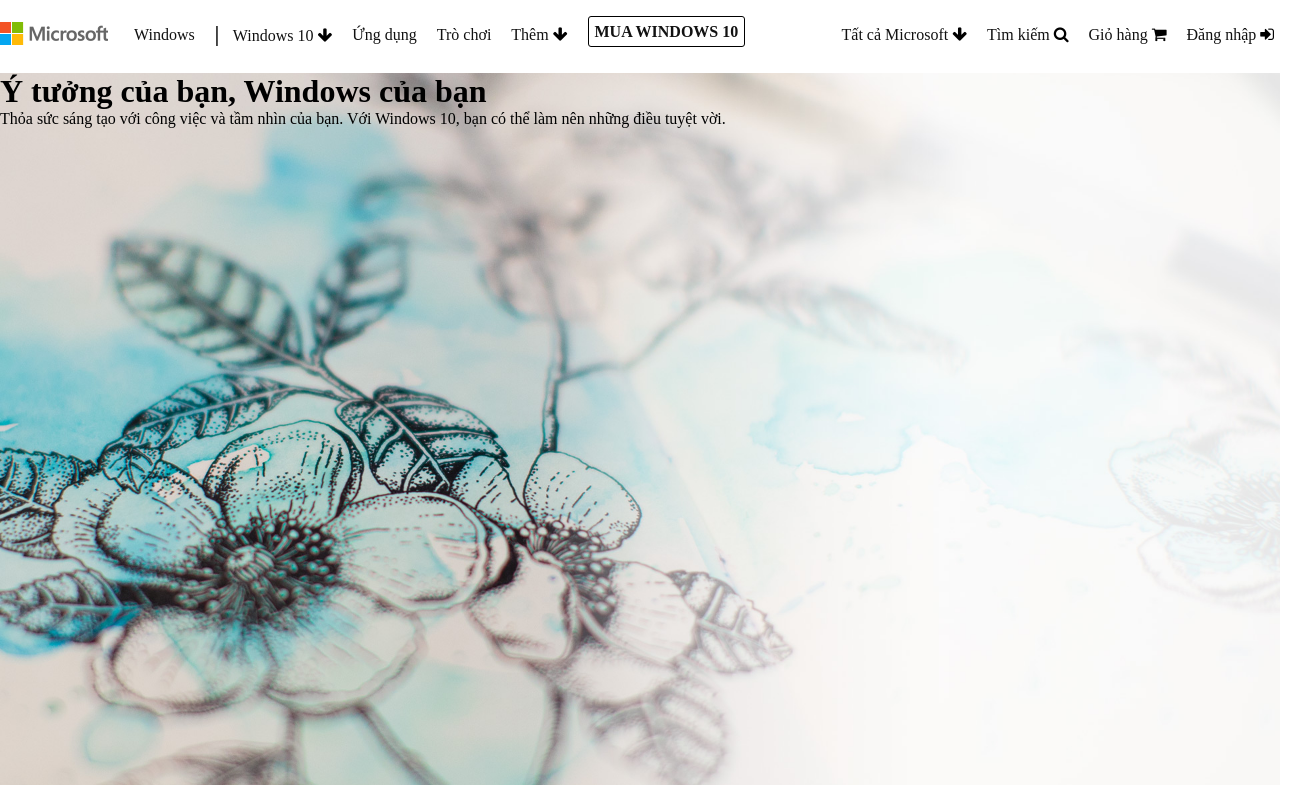
Repository: hoangphuong965/clone-Microsoft---practice
Page: index.html
An editor plug-in stored every save of this project. The page is shown before and after a run of saves, followed by the edit.
The browser window is 1280 px wide. The page is 1300 px wide, so the pictures cover 1300 px, including what lies to the right of the window. The pictures show the whole page.

Above is the page before, as saved 2020-06-08 21:59:39.

### index.html
<!DOCTYPE html>
<html lang="en">

<head>
    <meta charset="UTF-8">
    <meta name="viewport" content="width=device-width, initial-scale=1.0">
    <link rel="stylesheet" href="https://maxcdn.bootstrapcdn.com/font-awesome/4.7.0/css/font-awesome.min.css">
    <link rel="stylesheet" href="style.css">
    <title>Khám phá HĐH Windows 10 | Microsoft</title>
</head>

<body>
    <!-- <div class="menu-btn">
        <i class="fa fa-bars" aria-hidden="true"></i>
    </div> -->
    <div class="container">
        <nav class="navigation">
            <div class="navigation-left">
                <ul>
                    <div class="logo">
                        <img src="img/logo.png" alt="">
                    </div>
                    <div class="navigation-left-item">
                        <li><a href="">Windows</a></li>
                        <li class="win10">
                            <a href="">Windows 10</a>
                            <i class="fa fa-arrow-down" aria-hidden="true"></i>
                        </li>
                        <li><a href="">Ứng dụng</a></li>
                        <li><a href="">Trò chơi</a></li>
                        <li>
                            <a href="">Thêm</a>
                            <i class="fa fa-arrow-down" aria-hidden="true"></i>
                        </li>
                        <li class="buy">
                            <a href="" id="buy-win">MUA WINDOWS 10</a>
                        </li>
                    </div>
                </ul>
            </div>
            <div class="navigation-right">
                <ul>
                    <div class="navigation-right-item">
                        <li>
                            <a href="">Tất cả Microsoft</a>
                            <i class="fa fa-arrow-down" aria-hidden="true"></i>
                        </li>
                        <li>
                            <a href="">Tìm kiếm</a>
                            <i class="fa fa-search" aria-hidden="true"></i>
                        </li>
                        <li>
                            <a href="">Giỏ hàng</a>
                            <i class="fa fa-shopping-cart" aria-hidden="true"></i>
                        </li>
                        <li>
                            <a href="">Đăng nhập</a>
                            <i class="fa fa-sign-in" aria-hidden="true"></i>
                        </li>
                    </div>
                </ul>
            </div>
        </nav>

        <!-- Showcase -->
        <header class="showcase">
            <div class="showcase-text">
                <h1>Ý tưởng của bạn, Windows của bạn</h1>
                <p>Thỏa sức sáng tạo với công việc và tầm nhìn của bạn. Với Windows 10, bạn có thể làm nên những điều tuyệt vời.</p>
            </div>
        </header>
    </>

</body>

</html>

### style.css
* {
  margin: 0;
  padding: 0;
  box-sizing: border-box;
}

.container {
  margin: auto;
}

a {
  text-decoration: none;
  color: #111111;
  padding-bottom: 2px;
}
a:hover {
  border-bottom: 2px solid black;
}
/* navigation */
.navigation {
  display: flex;
  justify-content: space-between;
  margin: auto;
  width: 1300px;
}
.logo img {
  margin-top: 1.4rem;
  max-width: none;
  width: 108px;
}
.navigation-right-item,
.navigation-left-item {
  display: flex;
  margin: 1rem;
}
.navigation-right-item li,
.navigation-left-item li {
  list-style: none;
  margin: 10px;
}
.navigation-right ul,
.navigation-left ul {
  display: flex;
}
.win10 {
  margin-top: 7px !important;
}
.win10::before {
  content: "|";
  margin-right: 10px;
  font-weight: bold;
  font-size: 20px;
}
.buy {
  border: 1px solid;
  border-radius: 3px;
  height: 31px;
  padding: 6px;
  margin-top: 0px !important;
  font-weight: 600;
}
#buy-win:hover {
  text-decoration: underline !important;
  border-bottom: none;
}

.showcase {
  width: 100%;
  height: 712px;
  background: url(img/banner1.jpg) no-repeat center center/cover;
}
{
    position: absolute;
    width: 20rem;
    left: 65%;
    top: 50%;
}

After the next 3 saves:
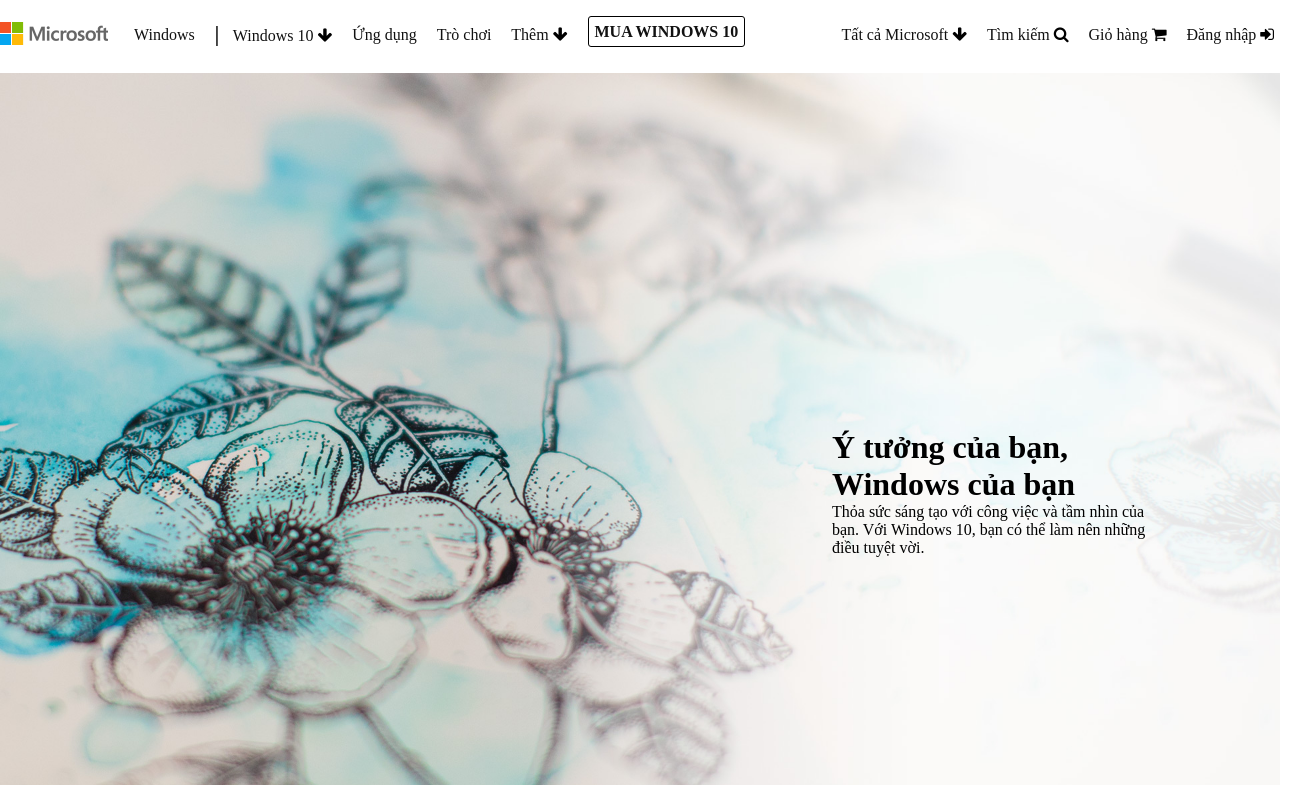
The 3 saves are shown as one change because they came seconds apart.
The last was saved 11 s later.
--- a/style.css
+++ b/style.css
@@ -65,13 +65,14 @@
 }
 
 .showcase {
+  position: relative;
   width: 100%;
   height: 712px;
   background: url(img/banner1.jpg) no-repeat center center/cover;
 }
-{
-    position: absolute;
-    width: 20rem;
-    left: 65%;
-    top: 50%;
+.showcase-text {
+  position: absolute;
+  width: 20rem;
+  left: 65%;
+  top: 50%;
 }
